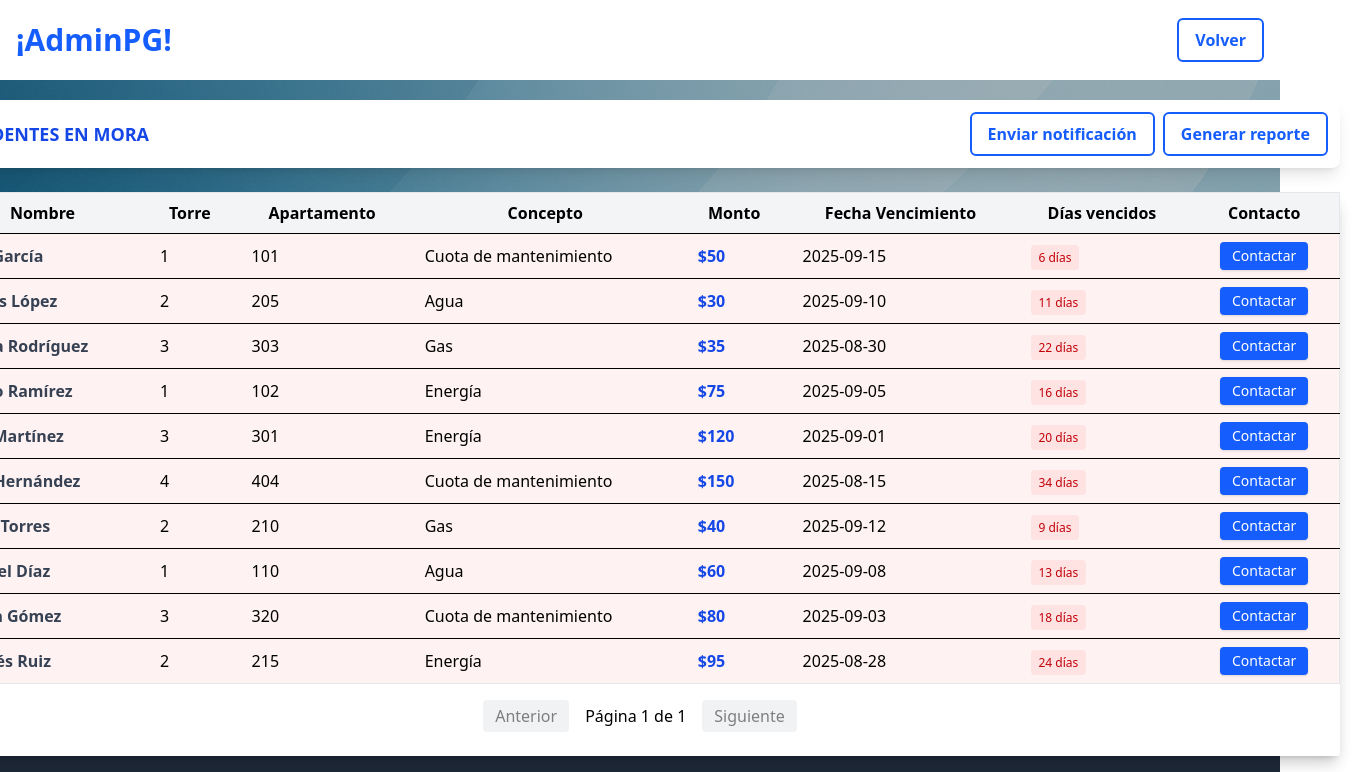
Repository: DeVelezz/AdminPG
Page: /mora (app in frontend/)
An editor plug-in stored every save of this project. The page is shown before and after the next save, followed by the edit.
The browser window is 1280 px wide. The page is 1360 px wide, so the pictures cover 1360 px, including what lies to the right of the window. The pictures show the whole page.
The page's requests for data from a server got no answer. An inner scrolling area shows only its first screen. The project was rebuilt for these pictures with package versions that can differ from the ones it lists, and the page was loaded fresh each time. Some packages were replaced by stand-ins written for this rebuild. No one was signed in, and anything a server would have sent is missing. Also part of the build but not shown: frontend/vite.config.js, frontend/src/components/Form.jsx, frontend/src/services/useService.js, frontend/src/components/FormRegistro.jsx, frontend/src/components/SectionImg.jsx, frontend/src/components/PageRegistro.jsx, frontend/src/components/Index.jsx, frontend/src/components/PageLogin.jsx and 4 more.

Above is the page before, as saved 2025-09-21 21:47:06.

### frontend/src/components/PageMora.jsx
import React, { useState } from "react";
import SectionHeader from "./SectionHeader";
import Logo from "./Logo";
import BotonSecundary from "./BotonSecundary";
import ImgFondo from "./ImgFondo";
import SectionFooter from "./SectionFooter";
import { FaPhone } from "react-icons/fa";
import { SiGmail, SiWhatsapp } from "react-icons/si";

export default function PageMora() {
    // Estado y lógica solo para datos reales
    const [residentesEnMora, setResidentesEnMora] = useState([]);
    const [loading, setLoading] = useState(true);
    const [paginaActual, setPaginaActual] = useState(1);
    const RESIDENTES_POR_PAGINA = 10;
    const [showContactMenu, setShowContactMenu] = useState(null);
    const [menuPosition, setMenuPosition] = useState({ x: 0, y: 0 });
    const hoy = new Date();

    React.useEffect(() => {
        fetch("/api/residentes-mora")
            .then(res => res.json())
            .then(data => {
                let procesados = data.map(residente =>
                    residente.servicios
                        .filter(servicio => !servicio.fechaPago)
                        .map(servicio => {
                            const vencimiento = new Date(servicio.fechaVencimiento);
                            const diasVencimiento = Math.floor((vencimiento - hoy) / (1000 * 60 * 60 * 24));
                            return {
                                key: `${residente.id}-${servicio.nombre}`,
                                nombre: residente.nombre,
                                torre: residente.torre,
                                apartamento: residente.apartamento,
                                concepto: servicio.nombre,
                                monto: servicio.monto,
                                fechaVencimiento: servicio.fechaVencimiento,
                                diasVencimiento,
                                estado: diasVencimiento < 0 ? "Pendiente" : "Por vencer",
                                telefono: residente.telefono,
                                email: residente.email
                            };
                        })
                ).flat();
                // Fallback temporal si la API responde vacío
                if (procesados.length === 0) {
                    procesados = [
                        {
                            key: 'demo1', nombre: 'Ana García', torre: '1', apartamento: '101', concepto: 'Cuota de mantenimiento', monto: 50, fechaVencimiento: '2025-09-15', diasVencimiento: -6, estado: 'Pendiente', telefono: '321-555-0101', email: 'ana.garcia@email.com'
                        },
                        {
                            key: 'demo2', nombre: 'Carlos López', torre: '2', apartamento: '205', concepto: 'Agua', monto: 30, fechaVencimiento: '2025-09-10', diasVencimiento: -11, estado: 'Pendiente', telefono: '321-555-0205', email: 'carlos.lopez@email.com'
                        },
                        {
                            key: 'demo3', nombre: 'María Rodríguez', torre: '3', apartamento: '303', concepto: 'Gas', monto: 35, fechaVencimiento: '2025-08-30', diasVencimiento: -22, estado: 'Pendiente', telefono: '321-555-0303', email: 'maria.rodriguez@email.com'
                        },
                        {
                            key: 'demo4', nombre: 'Pedro Ramírez', torre: '1', apartamento: '102', concepto: 'Energía', monto: 75, fechaVencimiento: '2025-09-05', diasVencimiento: -16, estado: 'Pendiente', telefono: '321-555-0102', email: 'pedro@email.com'
                        },
                        {
                            key: 'demo5', nombre: 'Ana Martínez', torre: '3', apartamento: '301', concepto: 'Energía', monto: 120, fechaVencimiento: '2025-09-01', diasVencimiento: -20, estado: 'Pendiente', telefono: '321-555-0301', email: 'ana@email.com'
                        },
                        {
                            key: 'demo6', nombre: 'Luis Hernández', torre: '4', apartamento: '404', concepto: 'Cuota de mantenimiento', monto: 150, fechaVencimiento: '2025-08-15', diasVencimiento: -34, estado: 'Pendiente', telefono: '321-555-0404', email: 'luis@email.com'
                        },
                        {
                            key: 'demo7', nombre: 'Sofía Torres', torre: '2', apartamento: '210', concepto: 'Gas', monto: 40, fechaVencimiento: '2025-09-12', diasVencimiento: -9, estado: 'Pendiente', telefono: '321-555-0210', email: 'sofia@email.com'
                        },
                        {
                            key: 'demo8', nombre: 'Miguel Díaz', torre: '1', apartamento: '110', concepto: 'Agua', monto: 60, fechaVencimiento: '2025-09-08', diasVencimiento: -13, estado: 'Pendiente', telefono: '321-555-0110', email: 'miguel@email.com'
                        },
                        {
                            key: 'demo9', nombre: 'Laura Gómez', torre: '3', apartamento: '320', concepto: 'Cuota de mantenimiento', monto: 80, fechaVencimiento: '2025-09-03', diasVencimiento: -18, estado: 'Pendiente', telefono: '321-555-0320', email: 'laura@email.com'
                        },
                        {
                            key: 'demo10', nombre: 'Andrés Ruiz', torre: '2', apartamento: '215', concepto: 'Energía', monto: 95, fechaVencimiento: '2025-08-28', diasVencimiento: -24, estado: 'Pendiente', telefono: '321-555-0215', email: 'andres@email.com'
                        }
                    ];
                }
                setResidentesEnMora(procesados);
                setLoading(false);
            })
            .catch(() => {
                // Si hay error, también mostrar datos de prueba
                setResidentesEnMora([
                    {
                        key: 'demo1', nombre: 'Ana García', torre: '1', apartamento: '101', concepto: 'Cuota de mantenimiento', monto: 50, fechaVencimiento: '2025-09-15', diasVencimiento: -6, estado: 'Pendiente', telefono: '321-555-0101', email: 'ana.garcia@email.com'
                    },
                    {
                        key: 'demo2', nombre: 'Carlos López', torre: '2', apartamento: '205', concepto: 'Agua', monto: 30, fechaVencimiento: '2025-09-10', diasVencimiento: -11, estado: 'Pendiente', telefono: '321-555-0205', email: 'carlos.lopez@email.com'
                    },
                    {
                        key: 'demo3', nombre: 'María Rodríguez', torre: '3', apartamento: '303', concepto: 'Gas', monto: 35, fechaVencimiento: '2025-08-30', diasVencimiento: -22, estado: 'Pendiente', telefono: '321-555-0303', email: 'maria.rodriguez@email.com'
                    },
                    {
                        key: 'demo4', nombre: 'Pedro Ramírez', torre: '1', apartamento: '102', concepto: 'Energía', monto: 75, fechaVencimiento: '2025-09-05', diasVencimiento: -16, estado: 'Pendiente', telefono: '321-555-0102', email: 'pedro@email.com'
                    },
                    {
                        key: 'demo5', nombre: 'Ana Martínez', torre: '3', apartamento: '301', concepto: 'Energía', monto: 120, fechaVencimiento: '2025-09-01', diasVencimiento: -20, estado: 'Pendiente', telefono: '321-555-0301', email: 'ana@email.com'
                    },
                    {
                        key: 'demo6', nombre: 'Luis Hernández', torre: '4', apartamento: '404', concepto: 'Cuota de mantenimiento', monto: 150, fechaVencimiento: '2025-08-15', diasVencimiento: -34, estado: 'Pendiente', telefono: '321-555-0404', email: 'luis@email.com'
                    },
                    {
                        key: 'demo7', nombre: 'Sofía Torres', torre: '2', apartamento: '210', concepto: 'Gas', monto: 40, fechaVencimiento: '2025-09-12', diasVencimiento: -9, estado: 'Pendiente', telefono: '321-555-0210', email: 'sofia@email.com'
                    },
                    {
                        key: 'demo8', nombre: 'Miguel Díaz', torre: '1', apartamento: '110', concepto: 'Agua', monto: 60, fechaVencimiento: '2025-09-08', diasVencimiento: -13, estado: 'Pendiente', telefono: '321-555-0110', email: 'miguel@email.com'
                    },
                    {
                        key: 'demo9', nombre: 'Laura Gómez', torre: '3', apartamento: '320', concepto: 'Cuota de mantenimiento', monto: 80, fechaVencimiento: '2025-09-03', diasVencimiento: -18, estado: 'Pendiente', telefono: '321-555-0320', email: 'laura@email.com'
                    },
                    {
                        key: 'demo10', nombre: 'Andrés Ruiz', torre: '2', apartamento: '215', concepto: 'Energía', monto: 95, fechaVencimiento: '2025-08-28', diasVencimiento: -24, estado: 'Pendiente', telefono: '321-555-0215', email: 'andres@email.com'
                    }
                ]);
                setLoading(false);
            });
    }, []);

    // Paginación
    const totalPaginas = Math.ceil(residentesEnMora.length / RESIDENTES_POR_PAGINA);
    const residentesPagina = residentesEnMora.slice((paginaActual - 1) * RESIDENTES_POR_PAGINA, paginaActual * RESIDENTES_POR_PAGINA);

    const handleContactar = (residente, telefono, email, accion) => {
        switch(accion) {
            case 'llamar':
                window.open(`tel:${telefono}`);
                break;
            case 'email':
                window.open(`mailto:${email}?subject=Recordatorio de pago pendiente&body=Estimado/a ${residente},%0A%0ATiene un pago pendiente. Por favor póngase al día con sus cuotas.%0A%0ASaludos,%0AAdministración`);
                break;
            case 'whatsapp':
                window.open(`https://wa.me/${telefono.replace(/[^0-9]/g, '')}?text=Hola ${residente}, tiene un pago pendiente. Por favor póngase al día con sus cuotas.`);
                break;
        }
        setShowContactMenu(null);
    };

    const handleShowMenu = (menuId, event) => {
        const rect = event.target.getBoundingClientRect();
        setMenuPosition({
            x: rect.left + (rect.width / 2) - 60,
            y: rect.top + (rect.height / 2) - 60
        });
        setShowContactMenu(showContactMenu === menuId ? null : menuId);
    };

    const ContactMenu = ({ residente, telefono, email }) => (
        <div
            className="fixed bg-white border border-gray-300 rounded shadow-lg p-2 z-50"
            style={{
                left: menuPosition.x,
                top: menuPosition.y
            }}
        >
            <button
                className="flex items-center w-full text-left px-3 py-2 hover:bg-gray-300 rounded text-sm"
                onClick={() => handleContactar(residente, telefono, email, 'llamar')}
            >
                <FaPhone className="mr-2 text-blue-600" />
                Llamar
            </button>
            <button
                className="flex items-center w-full text-left px-3 py-2 hover:bg-gray-300 rounded text-sm"
                onClick={() => handleContactar(residente, telefono, email, 'email')}
            >
                <SiGmail className="mr-2 text-red-500" />
                Gmail
            </button>
            <button
                className="flex items-center w-full text-left px-3 py-2 hover:bg-gray-300 rounded text-sm"
                onClick={() => handleContactar(residente, telefono, email, 'whatsapp')}
            >
                <SiWhatsapp className="mr-2 text-green-500" />
                WhatsApp
            </button>
        </div>
    );

    return (
    <div className="min-h-screen flex flex-col relative" onClick={() => setShowContactMenu(null)}>
            <SectionHeader>
                <Logo />
                <BotonSecundary textoBtn="Volver" onClick={() => window.location.href = "/admin"} />
            </SectionHeader>
            <main className="flex-1 flex flex-col relative z-0">
                <ImgFondo>
                    <img src="/img/imagen.png" alt="Imagen de fondo" className="w-full h-full object-cover brightness-75 absolute inset-0 z-0" />
                    <div className="relative z-10 p-5 flex flex-col min-h-[calc(100vh-120px)] pb-8">
                        <div className="justify-between bg-white p-3 rounded-lg shadow-lg w-350 flex flex-row items-center">
                            <p className="font-bold text-blue-700 text-lg">RESIDENTES EN MORA</p>
                            <div className="flex gap-2 justify-between">
                                <BotonSecundary textoBtn="Enviar notificación" onClick={() => alert("Notificación enviada")} />
                                <BotonSecundary textoBtn="Generar reporte" onClick={() => alert("Generando reporte...")} />
                            </div>
                        </div>
                        {/* TABLA DE RESIDENTES EN MORA */}
                        <div className="shadow-lg mt-6 flex-1 flex flex-col">
                            <div className="bg-white shadow-lg rounded flex-1 flex flex-col">
                                {loading ? (
                                    <div className="text-center py-8">Cargando datos...</div>
                                ) : residentesEnMora.length === 0 ? (
                                    <div className="text-center py-8">No hay residentes en mora.</div>
                                ) : (
                                    <div className="overflow-x-auto flex-1">
                                        <table className="min-w-full bg-white border border-gray-200 rounded-lg">
                                            <thead>
                                                <tr className="bg-gray-100">
                                                    <th className="px-4 py-2">Nombre</th>
                                                    <th className="px-4 py-2">Torre</th>
                                                    <th className="px-4 py-2">Apartamento</th>
                                                    <th className="px-4 py-2">Concepto</th>
                                                    <th className="px-4 py-2">Monto</th>
                                                    <th className="px-4 py-2">Fecha Vencimiento</th>
                                                    <th className="px-4 py-2">Días vencidos</th>
                                                    <th className="px-4 py-2">Contacto</th>
                                                </tr>
                                            </thead>
                                            <tbody>
                                                {residentesPagina.map((residente) => (
                                                    <tr key={residente.key} className={`border-t hover:bg-gray-50 cursor-pointer transition-colors ${residente.estado === "Pendiente" ? "bg-red-50" : ""}`}>
                                                        <td className="px-4 py-2 font-semibold text-gray-700">{residente.nombre}</td>
                                                        <td className="px-4 py-2">{residente.torre}</td>
                                                        <td className="px-4 py-2">{residente.apartamento}</td>
                                                        <td className="px-4 py-2">{residente.concepto}</td>
                                                        <td className="px-4 py-2 font-bold text-blue-700">${residente.monto}</td>
                                                        <td className="px-4 py-2">{residente.fechaVencimiento}</td>
                                                        <td className="px-4 py-2">
                                                            <span className={`text-xs px-2 py-1 rounded ${residente.diasVencimiento < 0 ? 'bg-red-100 text-red-700' : 'bg-yellow-100 text-yellow-800'}`}>
                                                                {residente.diasVencimiento < 0 ? `${Math.abs(residente.diasVencimiento)} días` : `${residente.diasVencimiento} días`}
                                                            </span>
                                                        </td>
                                                        <td className="px-4 py-2 text-center relative">
                                                            <button
                                                                className="px-3 py-1 bg-blue-600 text-white text-sm rounded shadow hover:bg-blue-700"
                                                                onClick={(e) => { e.stopPropagation(); handleShowMenu(residente.key, e); }}
                                                            >
                                                                Contactar
                                                            </button>
                                                            {showContactMenu === residente.key && (
                                                                <ContactMenu residente={residente.nombre} telefono={residente.telefono} email={residente.email} />
                                                            )}
                                                        </td>
                                                    </tr>
                                                ))}
                                            </tbody>
                                        </table>
                                        {/* Paginación */}
                                        <div className="flex justify-center items-center mt-4 gap-2 mb-6">
                                            <button
                                                className="px-3 py-1 bg-gray-200 rounded disabled:opacity-50"
                                                onClick={() => setPaginaActual(p => Math.max(1, p - 1))}
                                                disabled={paginaActual === 1}
                                            >Anterior</button>
                                            <span className="px-2">Página {paginaActual} de {totalPaginas}</span>
                                            <button
                                                className="px-3 py-1 bg-gray-200 rounded disabled:opacity-50"
                                                onClick={() => setPaginaActual(p => Math.min(totalPaginas, p + 1))}
                                                disabled={paginaActual === totalPaginas}
                                            >Siguiente</button>
                                        </div>
                                    </div>
                                )}
                            </div>
                        </div>
                    </div>
                </ImgFondo>
            </main>
            <SectionFooter />
        </div>
    );
}

### frontend/src/components/ImgFondo.jsx
import React from "react";

function ImgFondo({children}) {
    return(
        <section className="w-auto h-150 bg-cover bg-center flex justify-center relative">
            {children}
        </section>
    );
}

export default ImgFondo;

### frontend/src/components/SectionHeader.jsx
import React from "react";

function SectionHeader({children}){
    return(
        <header className="w-full h-20 bg-white justify-between items-center flex p-4 relative z-10">
            {children}
        </header>
    );
}

export default SectionHeader;

### frontend/src/components/Logo.jsx
import React from "react";

function Logo({ redirectTo = "/admin" }) {
    const handleLogoClick = () => {
        window.location.href = redirectTo;
    };

    return (
        <p
            className="text-blue-600 font-bold text-3xl cursor-pointer hover:text-blue-800 transition-colors"
            onClick={handleLogoClick}
        >
            ¡AdminPG!
        </p>
    );
}

export default Logo;

### frontend/src/components/BotonSecundary.jsx
import React from "react";

function BotonSecundary({ textoBtn, onClick }) {
    return (
        <button
            onClick={onClick}
            className="text-blue-600 font-semibold px-4 py-2 rounded-md border-2 border-blue-600 bg-white hover:bg-blue-600 hover:text-white hover:shadow-xl/20 transition delay-150 duration-300 ease-in-out hover:-translate-y-1 hover:scale-110">
            {textoBtn}
        </button>
    );
}

export default BotonSecundary;

### frontend/src/components/SectionFooter.jsx
import React from "react";

function SectionFooter(){
    return(
        <footer className="w-full h-20 bg-gray-800 text-white flex justify-center items-center mt-3">
            <p className="text-sm">© 2025 AdminPG. Todos los derechos reservados.</p>
        </footer>
    );
}

export default SectionFooter;

Loaded but not shown: frontend/index.html (common file); frontend/src/main.jsx (common file); frontend/src/index.css (common file); frontend/src/App.css (common file); frontend/src/App.jsx (84 lines, source omitted)

After the next save:
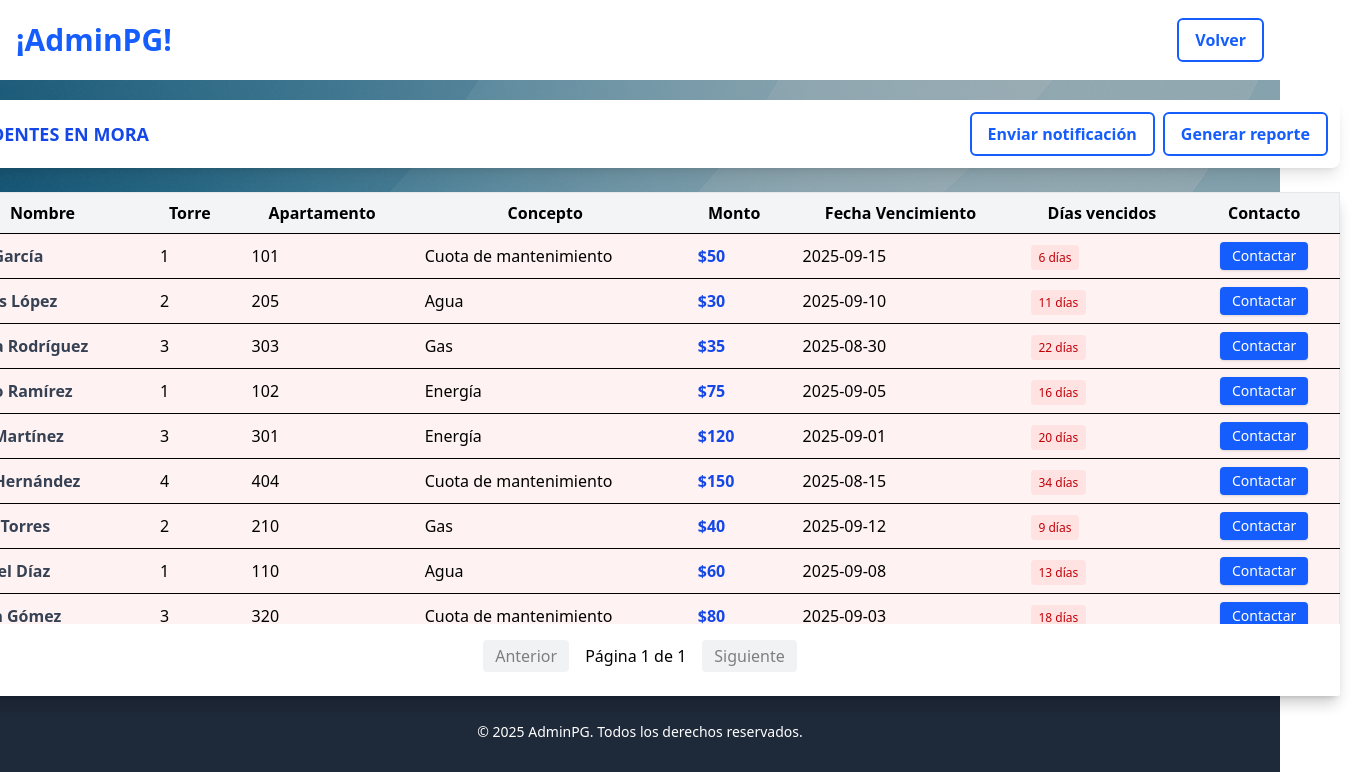
Saved 39 s later.
--- a/frontend/src/components/PageMora.jsx
+++ b/frontend/src/components/PageMora.jsx
@@ -204,7 +204,8 @@ export default function PageMora() {
                                     <div className="text-center py-8">No hay residentes en mora.</div>
                                 ) : (
                                     <div className="overflow-x-auto flex-1">
-                                        <table className="min-w-full bg-white border border-gray-200 rounded-lg">
+                                        <div className="overflow-x-auto overflow-y-auto max-h-[60vh] flex-1">
+                                            <table className="min-w-full bg-white border border-gray-200 rounded-lg">
                                             <thead>
                                                 <tr className="bg-gray-100">
                                                     <th className="px-4 py-2">Nombre</th>
@@ -246,6 +247,7 @@ export default function PageMora() {
                                                 ))}
                                             </tbody>
                                         </table>
+                                        </div>
                                         {/* Paginación */}
                                         <div className="flex justify-center items-center mt-4 gap-2 mb-6">
                                             <button
